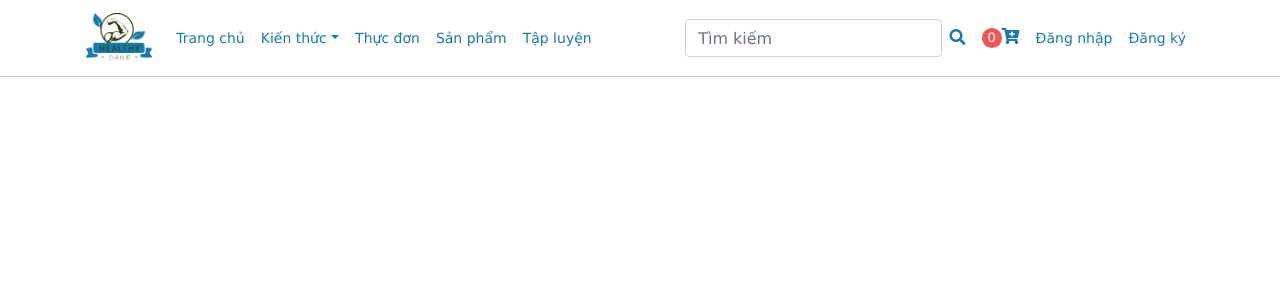
Repository: hohoang106/Project-Intern-Web
Page: homepage/navbar.html
The author's editor kept a copy of each file at every save. The page is drawn from the files as they stood at one save, then again after the next save.
The browser window is 1280 px wide. The pictures show the whole page.
The page's requests for data from a server got no answer.

Above is the page before, as saved 2021-09-12 18:23:12.
Console error: TypeError: Assignment to constant variable.

### homepage/navbar.html
<!DOCTYPE html>
<html lang="en">

<head>
  <meta charset="UTF-8">
  <meta http-equiv="X-UA-Compatible" content="IE=edge">
  <meta name="viewport" content="width=device-width, initial-scale=1.0">
  <link rel="stylesheet" href="/fontawesome-free-5.15.3-web/css/all.min.css">
  <link rel="stylesheet" href="https://maxcdn.bootstrapcdn.com/bootstrap/4.5.2/css/bootstrap.min.css">
  <link rel="stylesheet" href="/css/nav.css ">
  <link rel="stylesheet" href="/css/index.css">
  <script src="https://ajax.googleapis.com/ajax/libs/jquery/3.5.1/jquery.min.js"></script>
  <script src="https://cdnjs.cloudflare.com/ajax/libs/popper.js/1.16.0/umd/popper.min.js"></script>
  <script src="https://maxcdn.bootstrapcdn.com/bootstrap/4.5.2/js/bootstrap.min.js"></script>
</head>

<body>

  <div class="container-fluid container-fluid-nav " id="header">
    <nav class="navbar navbar-expand-lg container">
      <a class="navbar-brand" href="trangchu.html"><img src="/images/logo-nobg.png" height="50px" alt=""></a>
      <button class="navbar-toggler" type="button" data-toggle="collapse" data-target="#navbarTogglerDemo02"
        aria-controls="navbarTogglerDemo02" aria-expanded="false" aria-label="Toggle navigation">
        <span class="navbar-toggler-icon"><i class="fas fa-bars fa-lg pt-2" style="color: #187AAB;"></i></span>
      </button>

      <div class="collapse navbar-collapse" id="navbarTogglerDemo02">
        <ul class="navbar-nav mr-auto mt-2 mt-lg-0">
          <li class="nav-item ">
            <a class="nav-link nav-nav-hover" href="trangchu.html">Trang chủ </a>
          </li>

          <li class="nav-item dropdown">
            <a class="nav-link nav-nav-hover dropdown-hover" href="ktdd.html" id="navbardrop">
              Kiến thức
              <span class="dropdown-toggle" data-toggle="dropdown"></span>
            </a>

            <div class="dropdown-menu p-0" id="dropdown-menu-ktdd">
            </div>
          </li>
          <li class="nav-item">
            <a class="nav-link nav-nav-hover" href="/homepage/thucdon.html">Thực đơn</a>
          </li>
          <li class="nav-item">
            <a class="nav-link nav-nav-hover" href="/homepage/productpage.html">Sản phẩm</a>
          </li>
          <li class="nav-item">
            <a class="nav-link nav-nav-hover" href="/homepage/CDTLagioithieu.html">Tập luyện</a>
          </li>

        </ul>

        <input class="form-control col-xl-3 col-12 inputtext" type="search" placeholder="Tìm kiếm">
        <div class="icon-search m-2"> <i class="fas fa-search"></i></div>
        <div class="icon-cart m-2">
          <a href="/homepage/payment.html" style="display: flex;">
            <div id="checkcartnumber" style="font-size: small; border-radius: 100%; color: aliceblue; background-color: rgb(240, 88, 88); width: 20px; text-align: center;">0</div>
             <i class="fa fa-cart-plus "></i>
          </a>
        </div>
        <ul class="navbar-nav">
        <ul class="navbar-nav" id="ul-dangnhap">
          <li class="nav-item">
            <a class="nav-link nav-nav-hover"  href="/homepage/login.html">Đăng nhập</a>
          </li>
          <li class="nav-item">
            <a class="nav-link nav-nav-hover" href="/homepage/register.html">Đăng ký</a>
          </li>
        </ul>
        <ul class="navbar-nav" hidden id="ul-loged" >
          <li>
            <a class="nav-link " href="profile.html"><i class="fas fa-user"></i></a>
          </li>
          <li>
            <a class="nav-link nav-nav-hover" onclick="dangXuat()" href="trangchu.html">Đăng xuất</a>
          </li>
        </ul>

      </div>
    </nav>
    <script src="/js/payment.js"></script>
  </div>

  <script>
    window.addEventListener('scroll', function () {
      let header = document.getElementById('header');
      header.classList.toggle('scroll-active', window.scrollY > 0);
    })
  </script>
  <script src="/js/comment.js"></script>
  <script src="/js/ktdd-page.js"></script>

</body>


</html>

### css/nav.css
.container-fluid-nav{
  box-shadow: 0px 1px 0px rgb(198, 198, 201);
  font-family: Verdana, Geneva, Tahoma, sans-serif;
  background-color: rgba(255, 255, 255, 0.1);
}
.nav-link{
  color: #187AAB;
  font-size: 14px;
}
.icon-search , .icon-cart{
  color: #187AAB;
}
.icon-search:hover , .icon-cart:hover{
  color: #187AAB;
}
.nav-nav-hover:hover{
  color: white;

  background-color: #187AAB;
}
.nav-nav-hover:active{
  color: white;
  background-color: #187AAB;

}
.dropdown-item{
  color: #187AAB;
}
.dropdown-item:hover{
  color: white;
  background-color: #187AAB;
}

/* footer */
.footer-copyright{
  border-top: 1px solid white;
  color: white;
}
.footer-full{
  background-color: #187AAB;
}
.wapper-trend{
  background-color: #187AAB;
  color: white;
  height: 40px;
}
.bv-noibat{
  color: black;
  margin-bottom: 5px;
  line-height: 1.7;
}
.comment{
border-bottom: 2px solid #187AAB;
}
.scroll-active{
  background-color: white;
  box-shadow: 0 3px 1rem rgba(0, 0, 0, .1);
}

### css/index.css

body{
  font-family: Verdana, Geneva, Tahoma, sans-serif;
}
/* Home */
.carousel-item{
  height: 30rem;
}
.fa-chevron-left{
  position: absolute;
  top: 15rem;
  left: 0;
}
.fa-chevron-right{
  position: absolute;
  top: 15rem;
  right: 0;
}
.container-fit{
  background-image: url("backgr1.jpg");
}
h4, h3, h5{
  color: #187AAB;
}

/* Register */
.register{
  color: #187AAB;
}
.btn-register{
  background-color:#187AAB ;
}
input ::placeholder {
  color: #187AAB;
}

/* Login */
.btn-facebook{
  background-color: #3C589C;
}
.btn-google{

  background-color: #DF4B3B;
}
a{
  color: #187AAB;

}
.btn-login{
  background-color:#187AAB ;
  opacity: 0.9 ;
}
.btn-login:hover{
  opacity: 1;
}
@media (max-width: 575px) {
  .social-btn{
    flex-direction: column;
  }
}

/* forgot password */
.btn-cancer{
  background-color: grey;
}
.btn-send , .btn-add{
  background-color: #187AAB;
}

.price{
  color: #187AAB;
}

.custom-carousel{
  position: absolute;
  right: 0;
  bottom: 0;
  left: 0;
  top: 0;
  z-index: 10;
  width: 100%;
  color: #fff;
  text-align: center;
  background-color: rgba(241, 228, 249, 0.25);
}
.text-slide{
  color: #187aabc2;
  font-size: 3rem;
  font-weight: bold;
  position: relative;
  text-transform: uppercase;
  top: 10rem;
}
.btn-chitiet-slide{
  border: none;
  color: white;
  background-color: #187aabc2;
  border-radius: 5px;
  padding: 0.5rem 1rem;
  margin-top: 10rem;
}
.btn-chitiet-slide > a:link{
  text-decoration: none;
}
.btn-chitiet-slide > a{
  color: white;
}
.btn-chitiet-slide > a:hover{
  color: white;
}
/* Add Modal */
label{
  color: #187AAB;
}
.modal-header{
  background-color: #187AAB;
}
.danhMucKienThuc{
  border: 2px solid #187AAB;
  border-radius: 5px;
  padding: 0.5rem;
  color: white;
  background-color: #187AAB;
}
.btn-vietBai{
  background-color: #187AAB;
  border-radius: 5px;
  border: none;
}
.page-link{
  color: #187AAB;

}
.page-item.active .page-link{
  background-color: #187AAB;
}
th{
  color: #187AAB;
}

/* listquestion */
.avatar{
 border-radius: 50%;
 width: 50px;
 height: 50px;
}
.question-page{
  border-bottom: 1px solid rgb(212, 211, 211);
  background-color: #e0f0f5;
}
.author-name{
  color: #187AAB;
  font-size: 14px;
}
.date{
  color: gray;
  font-size: 12px;
}
.numberOfAnswer, .icon-comment{
  color: #187AAB;
  font-size: 14px;
  cursor: pointer;
}
.icon-comment{
  cursor: pointer;
}
.block-vote{
  display: flex;
  flex-direction: column;
  align-items: center;
}
.datCauHoi, .fa-2x{
  color: #187AAB;

}
.title-a{
  cursor: pointer;
}
.arrow-up, .arrow-down{
  cursor: pointer;
}
.part_2{
  font-size: 14px;
}
.img-tapluyen{
  height: 250px;
}
.fa-caret-up,.fa-caret-down{
  font-size: 30px;
}
@media (max-width: 768px) {
  *{
    font-size: 14px;
  }
  .title-a{
    font-size: 20px;
  }
  .block-vote{
    flex-direction: row;
  }
  .vote{
    margin-left: 1rem;
  }
  .img-tapluyen{
    height: 250px;
  }
  .text-slide{
    font-size: 1.5rem;
  }

}
@media (min-width: 769px) and (max-width: 1200px) {
  .img-tapluyen{
    height: 500px;
  }
  .card-title{
    font-size: 16px;
  }
  .card-text{
    font-size: 14px;
  }

}

.dropdown:hover .dropdown-menu{display: block;}
.card-title{
  cursor: pointer;
}
/* .content-td:hover{
  background-color: rgba(86, 181, 236, 0.568);
  border-radius: 10px;
  padding-top: 1rem;
  padding-bottom: 1rem;
} */
/* Navbar */
h4:hover{
  color: rgba(0, 187, 187, 0.644);
}
h5:hover{
  cursor: pointer;
  color: rgba(0, 187, 187, 0.644);
}
img:hover{
  opacity: 0.8  ;
}
.span-chitiet{
  color: #187AAB;
}
h1, h2 , h3 , h4 , h5 , h6{
  font-family: Arial, Helvetica, sans-serif;
}
h3{
  text-transform: uppercase;
}

.btn-chitiet-slide:hover{
  background-color: #187AAB;
}
.icon-login{
  color: #187AAB;
}

.card:hover{
  border: 3px solid #187AAB;
}

### js/payment.js
// search product navbar
var card = document.getElementsByClassName('carditem')
var vl = document.querySelector('.inputtext');
vl.addEventListener('keyup', function input(){
  var name = document.getElementsByClassName('nameproduct')
  for(var i = 0; i<name.length; i++){
      var c = name[i].innerText;
      if(c.toUpperCase().indexOf(vl.value.toUpperCase())>-1){
          card[i].style.display='';
      }
      else{
          card[i].style.display='none';
      }
  }
});

var cartproductApi = 'http://localhost:3000/cartproduct';

//show products number in cart
function numbercartProduct(){
    fetch(cartproductApi)
          .then(response => response.json())
          .then(cartproducts => {
    var list = cartproducts.map(function (cartproduct) {
            return cartproduct.id
          })
          var number = String(list.length)
          document.getElementById('checkcartnumber').innerText = number
          })
      }
numbercartProduct()

//render product from cart data in cart page
fetch(cartproductApi)
  .then(response => response.json())
  .then(cartproducts => {
    var list = cartproducts.map(function (cartproduct) {
      return `
          <tr>
            <td class="mobilenull masp">
            ${cartproduct.productcode}
            </td>
            <td>
            <div class="row">
                   <div class="col-5"><img src="${cartproduct.image}" class="card-img-top" alt="..."></div>
                  <div class="col-7">
                  <p>${cartproduct.name}</p>
                  </div>
              </div>
            </td>
             <td class="mobilenull"><span class="price">${cartproduct.price}</span>.000đ</td>
            <td>
                <div class="quantity">
                 <button class="btn minus1">-</button>
                <input class="quantity1" id="id_form-0-quantity" min="0" name="form-0-quantity" value="${cartproduct.soluong}" type="number">
                 <button class="btn add1">+</button>
               </div>
            </td>
             <td><span class="totalprice"></span>.000đ</td>
             <td>
              <button onclick="deletecartProduct(${cartproduct.id})" type="button" class="btn btn-danger">
                 <i class="fas fa-trash mr-2" style="margin:.5rem;"></i>
              </button>
            </td>
           </tr>
        `;
    });
    var lists = list.join('');
    document.querySelector('#rendercart').innerHTML = lists;

var price = document.getElementsByClassName('price');
var totalprice = document.getElementsByClassName('totalprice');
var value = document.getElementsByClassName('quantity1');
var checktotalprice = document.getElementById('checktotalprice');

function tinhtong(){
var num = 0
for(var i = 0; i < price.length; i++){
    totalprice[i].innerText= value[i].value * price[i].innerText;
    var ttien = parseInt(totalprice[i].innerText);
    num += ttien;
}
checktotalprice.innerText = String(num)
}
tinhtong()
$("input.quantity1").each(function(){
    var $this = $(this),
    qty = $this.parent().find('.btn'),
    d = 1
    $(qty).on('click',function(){
        if ($(this).hasClass('minus1')){
                d+=-1
            if(d<1) alert('Số lượng sản phẩm cần mua tối thiểu là 1')
        }else if ($(this).hasClass('add1')){
            d += 1
        }
        $this.attr('value',d).val(d)
        tinhtong()
    })
    });
  })

//remove product from cart
  function deletecartProduct(id){
    var option = {
        method: 'DELETE',
        headers: {
            'Content-Type': 'application/json'
          },
    };
    fetch(cartproductApi + '/' + id, option)
        .then(function(response){
            response.json();
        })
 }

### js/comment.js

$(document).ready(function(){
  var getKey = localStorage.getItem("key");
  var ulDangNhap =  document.getElementById('ul-dangnhap') ;
  var ulLoged = document.getElementById('ul-loged');
  if(getKey=="loged"){
    ulDangNhap.hidden = true;
    ulLoged.hidden = false
  }
  else{
    ulDangNhap.hidden = false;
    ulLoged.hidden = true;
  }
});


function dangXuat(){
  localStorage.clear();
}
var baiDangApi = "http://localhost:3000/baidang";
function start() {
  getBaiDangs(rederBaiDang);
}
start();
function getBaiDangs(callback) {
  fetch(baiDangApi)
    .then(function (respon) {
      return respon.json();
    })
    .then(callback);
}
function rederBaiDang(baidangs) {
  var commentUser = document.querySelector('#list-Comment');
  baidangs.map(function (item) {
    var uid = window.location.search;
    var id = uid.slice(4);
    if (id == item.id) {
        var comments = item.comment;
        listComment="";
        for (i=0; i <comments.length; i++) {
        listComment+= `
      <div class="container question-body">
      <div class="list-question mt-3 mb-3 row">
        <div class="block-vote col-lg-2">
          <div class="">
            <img class="avatar" src="${comments[i].UserImage}" alt="">
          </div>
        </div>
        <div class=" col-lg-10 answer-user py-2">
          <div class="question-header">
            <span class="author-name mr-2">${comments[i].UserName}</span>
            <span class="date">Đã trả lời: <span>${comments[i].dateAnswer}</span></span>
          </div>
          <div class="answer">
            <p>
            ${comments[i].answerOfuser}
            </p>
          </div>
          <div class="d-flex reply_question">
            <div class="vote_reply d-flex align-items-center">
              <div class="arrow-up">
                <i class="fas fa-caret-up fa-2x"></i>
              </div>
              <div class="number-vote">
              ${comments[i].votecomment}
              </div>
              <div class="arrow-down">
                <i class="fas fa-caret-down fa-2x"></i>
              </div>
            </div>
          </div>
        </div>
      </div>
    </div>
        `;
    }
}
  });
  commentUser.innerHTML = listComment;


  const up_vote_span = document.getElementsByClassName('arrow-up');
  const down_vote_span = document.getElementsByClassName('arrow-down');
  const count = document.getElementsByClassName('number-vote');

    for (let i = 0; i < count.length; i++) {
    up_vote_span[i].addEventListener('click', function () {
        count[i].innerHTML = parseInt(count[i].innerHTML) + handleVote(1, up_vote_span[i]);
    });

    down_vote_span[i].addEventListener('click', function() {
        count[i].innerHTML = parseInt(count[i].innerHTML) + handleVote(-1, down_vote_span[i]);
    });
    };
    function getSiblings(el, filter) {
      var siblings = [];
      el = el.parentNode.firstChild;
      do { if (!filter || filter(el)) siblings.push(el); } while (el = el.nextSibling);
      return siblings;
    }
    function classFilter(el) {
            return el.classList && el.classList.contains('active-vote');
    }
    function handleVote(type, el) {
        let siblings = getSiblings(el, classFilter);

      if (el.classList.contains('active-vote')) {
          el.style.color = "dimgray";
          el.classList.remove('active-vote');
          return -1 * type;
      } else if (siblings.length === 1) {
          el.style.color = "#187AAB";
          siblings[0].style.color = "dimgray";
          siblings[0].classList.remove('active-vote');
          el.classList.add('active-vote');

          return 2 * type;
      } else if (!el.classList.contains('active-vote')) {
          el.style.color = "#187AAB";
          el.classList.add('active-vote');
          return type;
      }
      return 0;
      }

}

### js/ktdd-page.js
const url = "http://localhost:3000/kienthucPage"

fetch(url)
  .then(response => response.json())
  .then(kienthucPage => {
    console.log(kienthucPage)
    var loadPages = kienthucPage.map(function (pages) {
      return `<a class="dropdown-item" href="/homepage/ktdd-page.html?id=${pages.id}">${pages.ktdd[0].mota}</a>`;
    });
    var pageKtdd = loadPages.join('');
    document.querySelector('#dropdown-menu-ktdd').innerHTML = pageKtdd;
  })
url = "http://localhost:3000/kienthucPage"
var uid = window.location.search;
var id = uid.slice(4);

fetch(url, {
  method: "GET"
})
  .then(response => response.json())
  .then(kienthucPage => {

    var ktddDetais = document.querySelector("#first-part-ktdd");
    console.log(ktddDetais);
    var htmls = kienthucPage.map(function(ktddlist){
          var findktdd = ktddlist.id;
          if ( id == findktdd ) {
          var newktdd= ktddlist.ktdd;
          var uid2 = window.location.search;
          var id2 = uid2.slice(4);
          for(let i = 0; i < newktdd.length; i++){
          if (newktdd[i].id == id2 ){
            console.log(newktdd[i].id)
            return`<div class="container">
            <div class="row d-lg-flex up-part">
                <div class="image-p">
                    <img src="${newktdd[i].imagePage}" alt="" class="main-img" height="430">
                </div>
                <div class="impor-ktdd text-justify">
                    <h5 class="title-ktdd-me text-uppercase">Tầm quan trọng!</h5>
                    <p class="m-0">${newktdd[i].tqt}</p>
                    <br>
                    <p class="m-0">${newktdd[i].tqt2}</p>
                </div>
            </div`;

        }
      }
    }

  });
    // var listTags = htmls.join('');
    ktddDetais.innerHTML = htmls.join('');
  });

Loaded but not shown: fontawesome-free-5.15.3-web/css/all.min.css (library)

After the next save:
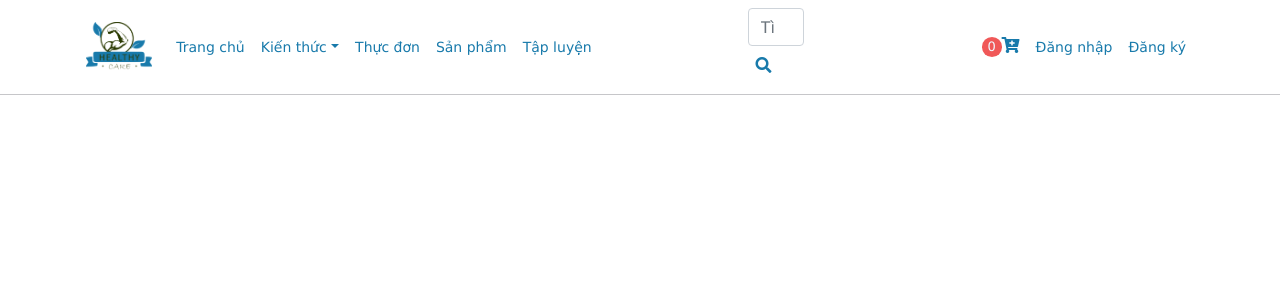
Saved 2 min 46 s later.
--- a/homepage/navbar.html
+++ b/homepage/navbar.html
@@ -50,9 +50,12 @@
           </li>
 
         </ul>
+        <div>
+          <input class="form-control col-xl-3 col-12 inputtext" type="search" placeholder="Tìm kiếm">
+          <div class="icon-search m-2"> <i class="fas fa-search"></i></div>
+        </div>
 
-        <input class="form-control col-xl-3 col-12 inputtext" type="search" placeholder="Tìm kiếm">
-        <div class="icon-search m-2"> <i class="fas fa-search"></i></div>
+
         <div class="icon-cart m-2">
           <a href="/homepage/payment.html" style="display: flex;">
             <div id="checkcartnumber" style="font-size: small; border-radius: 100%; color: aliceblue; background-color: rgb(240, 88, 88); width: 20px; text-align: center;">0</div>

After the 4 saves that followed:
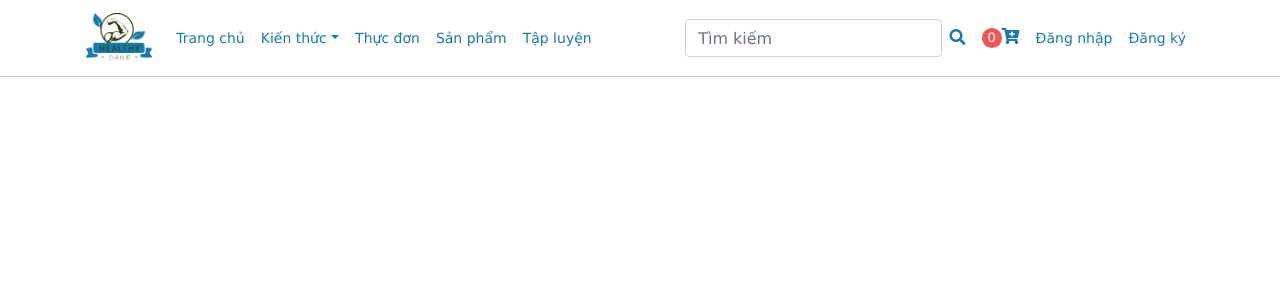
The 4 saves are shown as one change because 2 left the picture as it was and some came seconds apart.
The last was saved 47 s later.
--- a/homepage/navbar.html
+++ b/homepage/navbar.html
@@ -50,12 +50,8 @@
           </li>
 
         </ul>
-        <div>
-          <input class="form-control col-xl-3 col-12 inputtext" type="search" placeholder="Tìm kiếm">
-          <div class="icon-search m-2"> <i class="fas fa-search"></i></div>
-        </div>
-
-
+        <input class="form-control col-xl-3 col-12 inputtext" type="search" placeholder="Tìm kiếm">
+        <div class="icon-search m-2"> <i class="fas fa-search"></i></div>
         <div class="icon-cart m-2">
           <a href="/homepage/payment.html" style="display: flex;">
             <div id="checkcartnumber" style="font-size: small; border-radius: 100%; color: aliceblue; background-color: rgb(240, 88, 88); width: 20px; text-align: center;">0</div>
